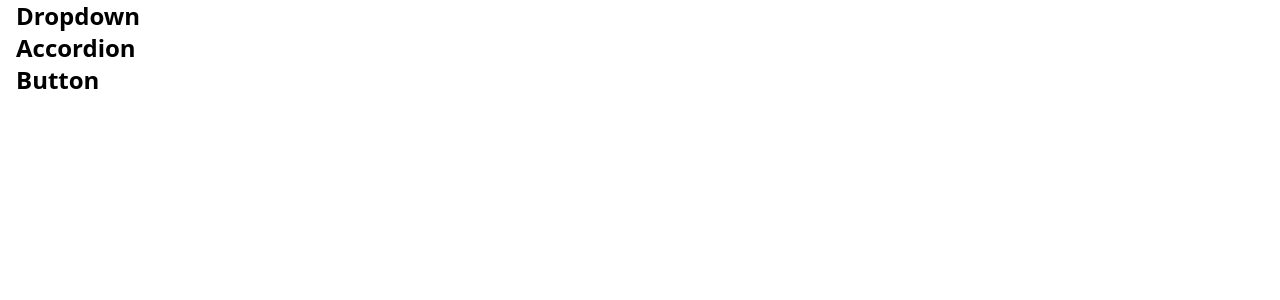
Repository: Marhamat92/reactroutefromstephen
Page: /
The author's editor kept a copy of each file at every save. The page is drawn from the files as they stood at one save, then again after the next save.
The browser window is 1280 px wide. The pictures show the whole page.
The project was rebuilt for these pictures with package versions that can differ from the ones it lists, and the page was loaded fresh each time. Also part of the build but not shown: src/App.css, src/components/Dropdowns/DropDown.tsx, src/pages/dropdown/DropdownPage.tsx, src/components/Accordion/Accordion.tsx, src/pages/accordion/AccordionPage.tsx, src/components/Buttons/Button.tsx, src/pages/buttons/ButtonPage.tsx.

Above is the page before, as saved 2022-12-24 17:35:11.

After the next save:
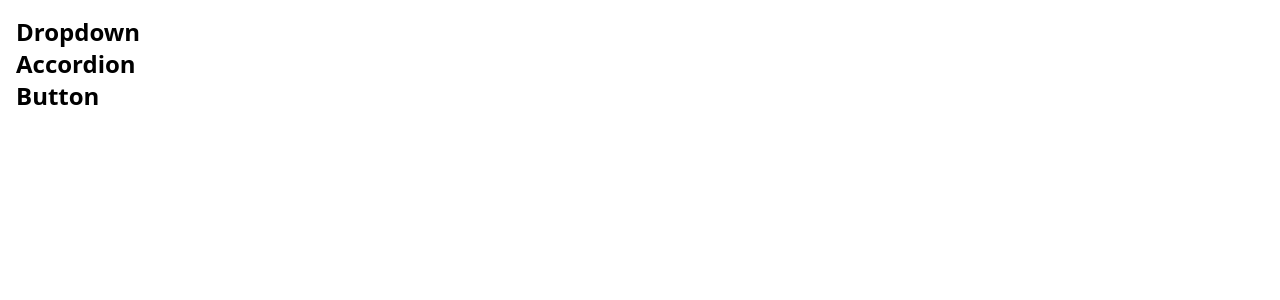
Saved 13 s later.
--- a/src/App.tsx
+++ b/src/App.tsx
@@ -10,7 +10,7 @@ import Sidebar from "./components/Sidebar/Sidebar";
 function App() {
   return (
     <div className='grid grid-cols-6'>
-      <div className='col-span-1 pl-4'>
+      <div className='col-span-1 pl-4 pt-4'>
         <Sidebar />
       </div>
       <div className='col-span-5'>
